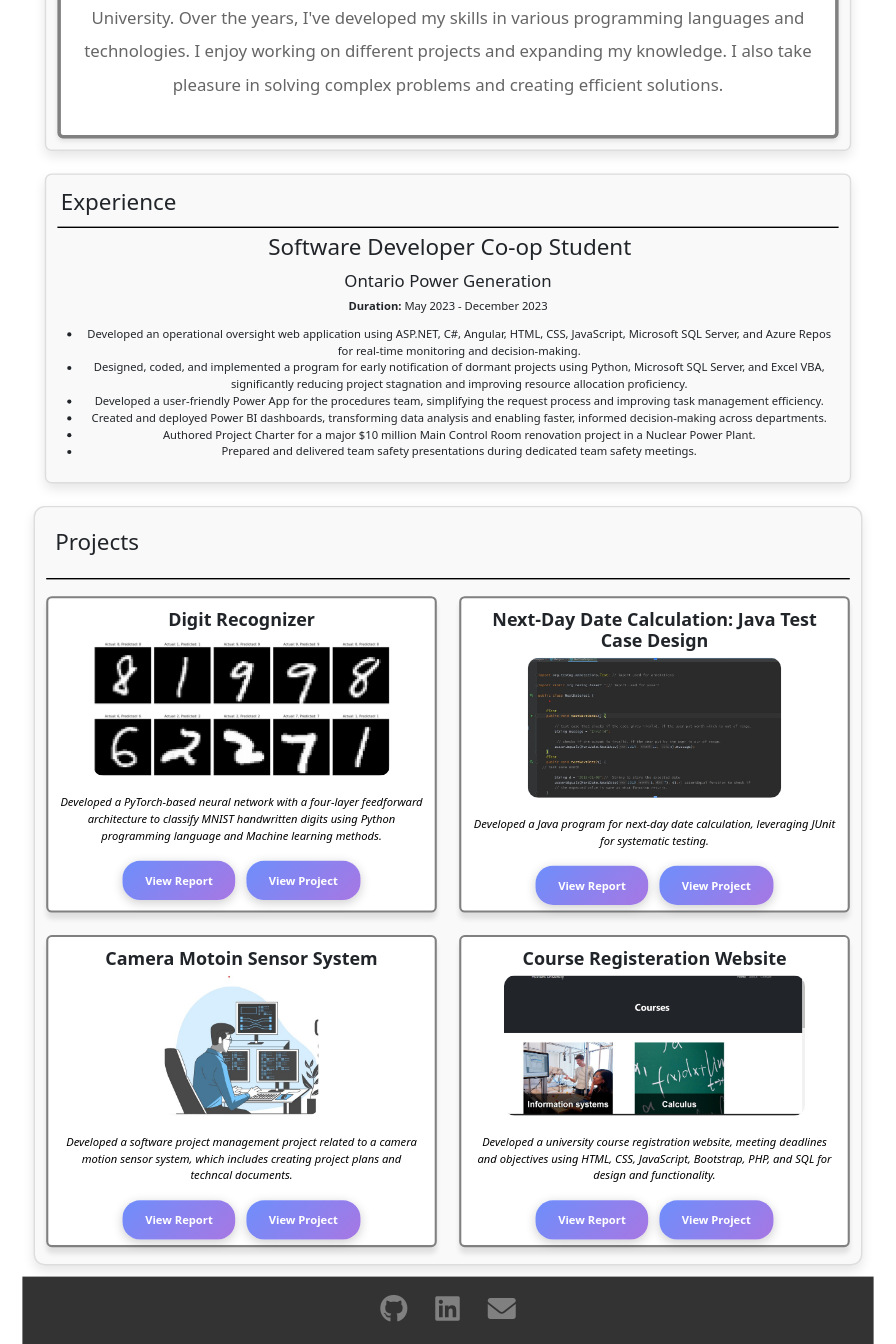
Repository: AkshatKapo/My-Portfolio
Page: /
The author's editor kept a copy of each file at every save. The page is drawn from the files as they stood at one save, then again after a run of saves.
The browser window is 1280 px wide. The pictures show the part of the page from y = 724 to 2644 px (the page is 2728 px tall before and 2744 px after), at 70% of full size.
The project was rebuilt for these pictures with package versions that can differ from the ones it lists, and the page was loaded fresh each time. Also part of the build but not shown: vite.config.js.

Above is the page before, as saved 2024-06-14 16:29:10.

After the next 2 saves:
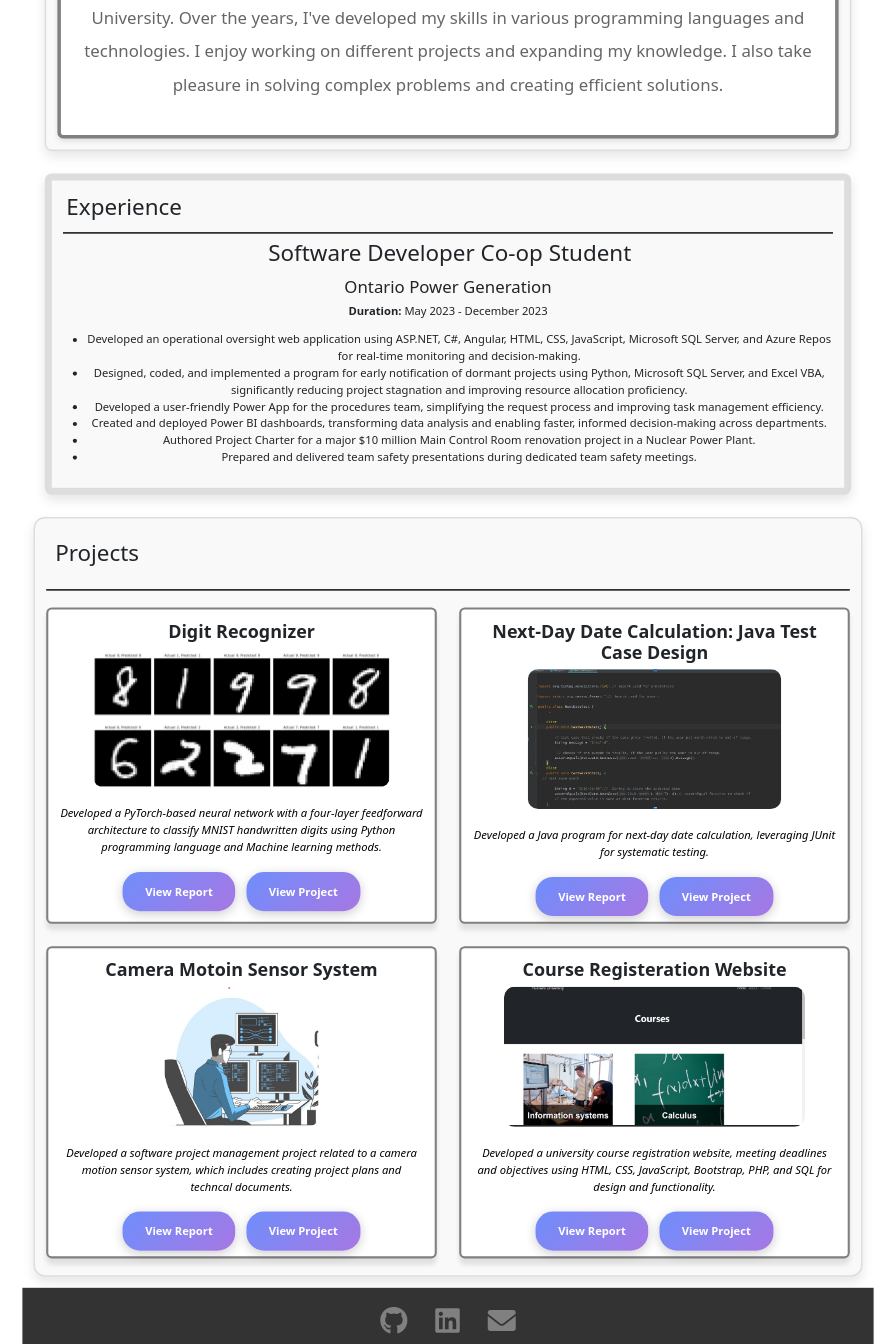
The 2 saves are shown as one change because they came seconds apart.
The last was saved 64 s later.
--- a/src/components/Experience.css
+++ b/src/components/Experience.css
@@ -2,7 +2,7 @@
   padding: 1rem;
   display: flex;
   background-color: #f9f9f9;
-  border: 2px solid #ddd; /* Light border */
+  border: 10px solid #ddd; /* Light border */
   border-radius: 10px; /* Rounded corners */
   box-shadow: 0 8px 16px rgba(0, 0, 0, 0.1); /* Shadow for depth */
   margin: 2rem; /* Margin to ensure it doesn’t touch the edges of the container */

After the save that followed:
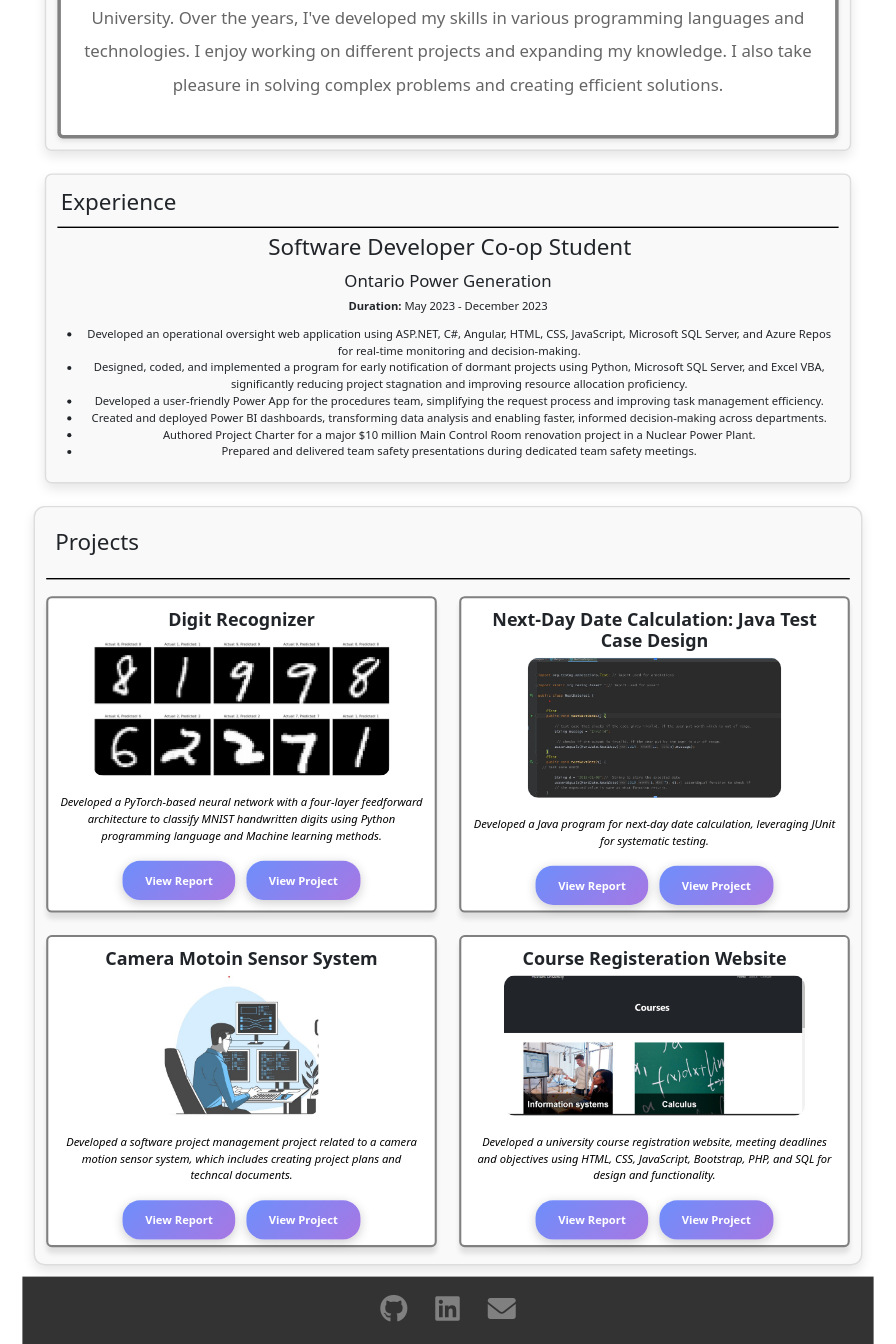
Saved 19 s later.
--- a/src/components/Experience.css
+++ b/src/components/Experience.css
@@ -2,7 +2,7 @@
   padding: 1rem;
   display: flex;
   background-color: #f9f9f9;
-  border: 10px solid #ddd; /* Light border */
+  border: 2px solid #ddd; /* Light border */
   border-radius: 10px; /* Rounded corners */
   box-shadow: 0 8px 16px rgba(0, 0, 0, 0.1); /* Shadow for depth */
   margin: 2rem; /* Margin to ensure it doesn’t touch the edges of the container */
